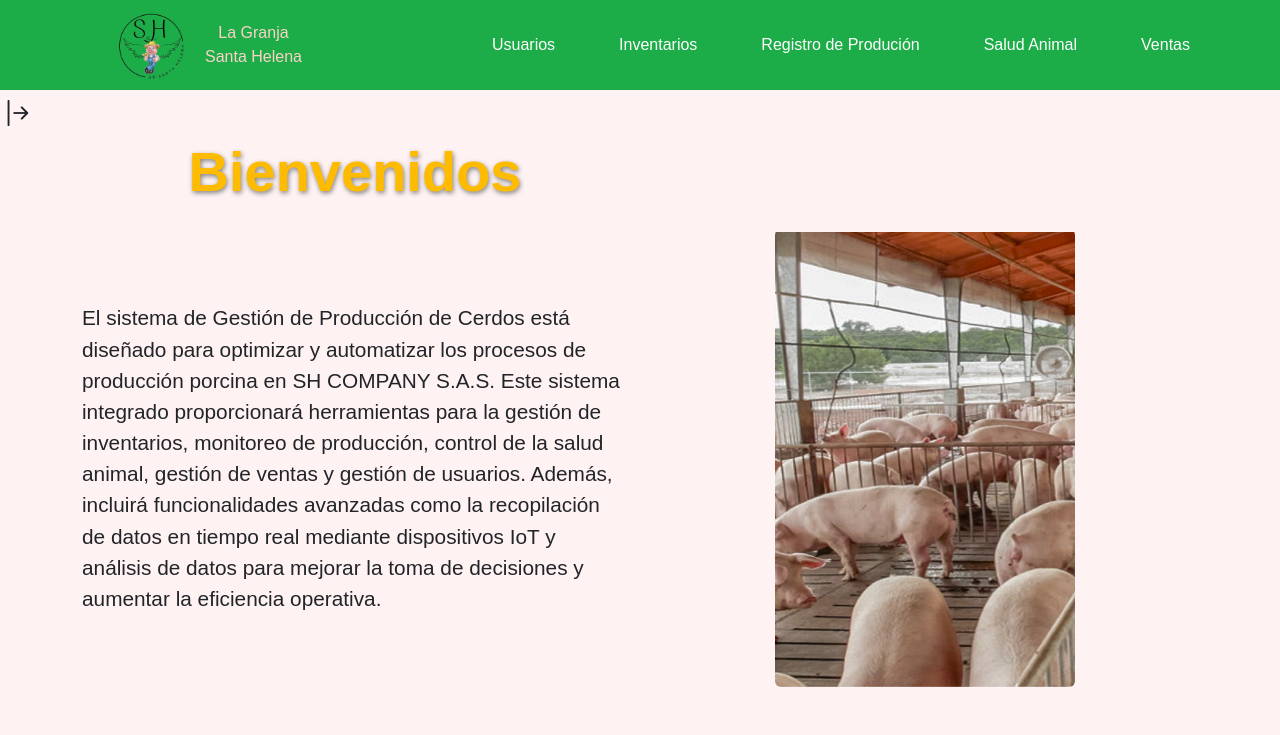
Repository: Mateojimenezz/Granja-Santa-Helena
Page: paginaDeInicio.html
An editor plug-in stored every save of this project. The page is shown before and after a run of saves, followed by the edit.
The browser window is 1280 px wide. The pictures show the whole page.
Some web fonts or font styles are not loaded; a fallback is used.

Above is the page before, as saved 2025-03-31 17:02:02.

After the next 3 saves:
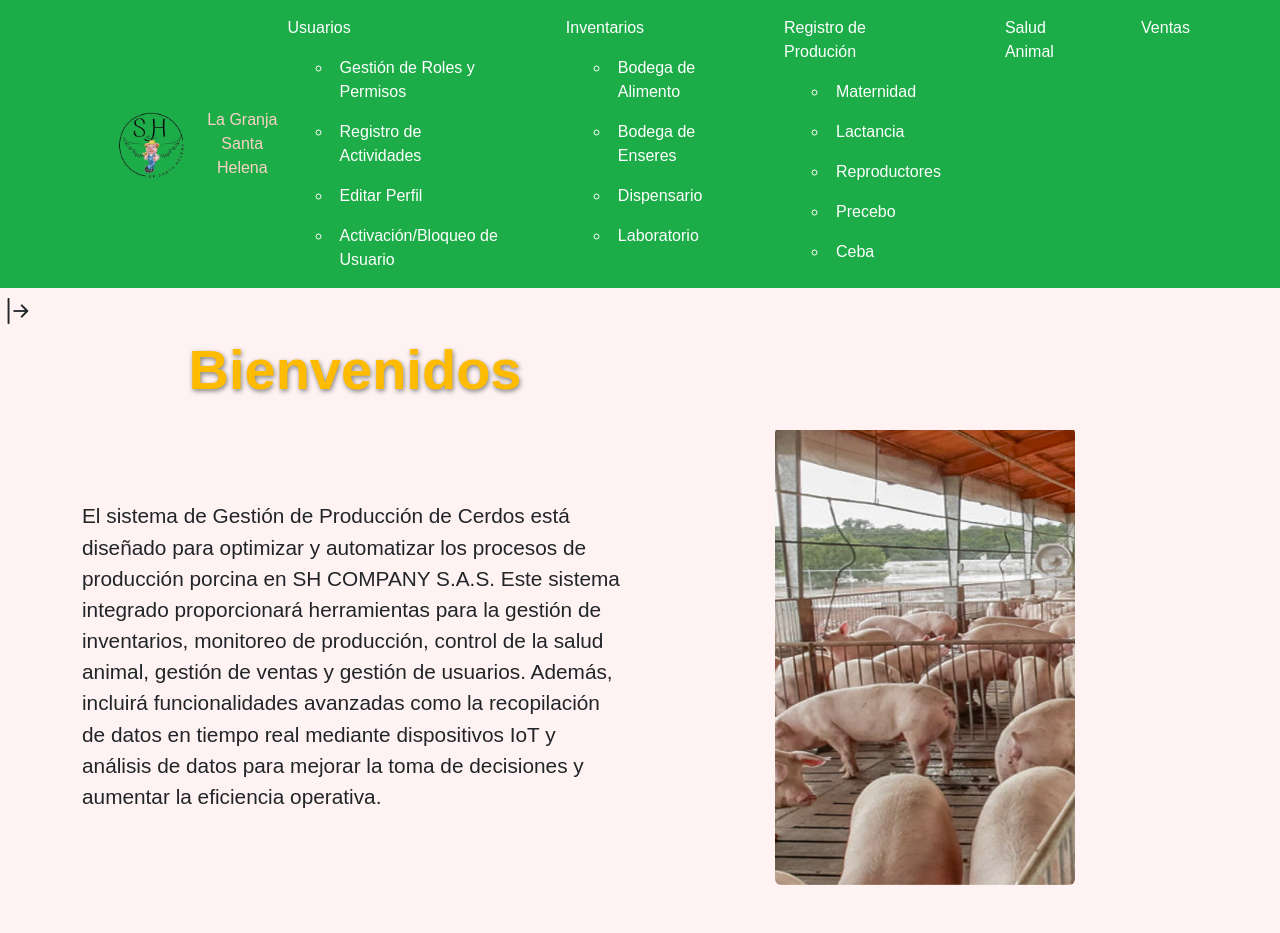
The 3 saves are shown as one change because they came seconds apart.
The last was saved 5 min 6 s later.
--- a/paginaDeInicio.html
+++ b/paginaDeInicio.html
@@ -26,7 +26,7 @@
         <div class="collapse navbar-collapse  d-lg-none" id="menu">
           <ul class="navbar-nav ms-auto    gap-md-3 gap-lg-5">
             <li class="nav-item"><a class="nav-link" href="#" >Usuarios</a>
-              <ul class="submenu  d-lg-none">
+              <ul class="submenu header-submenu">
                 <li><a class="nav-link" href="#">Gestión de Roles y Permisos</a></li>
                 <li><a class="nav-link" href="#">Registro de Actividades</a></li>
                 <li><a class="nav-link" href="#">Editar Perfil</a></li>
@@ -34,7 +34,7 @@
               </ul>
             </li>
             <li class="nav-item"><a class="nav-link" href="#">Inventarios</a>
-              <ul class="submenu  d-lg-none">
+              <ul class="submenu">
                 <li><a class="nav-link" href="#">Bodega de Alimento</a></li>
                 <li><a class="nav-link" href="#">Bodega de Enseres</a></li>
                 <li><a class="nav-link" href="#">Dispensario</a></li>
@@ -42,7 +42,7 @@
               </ul>
             </li>
             <li class="nav-item"><a class="nav-link" href="#">Registro de Produción</a>
-              <ul class="submenu  d-lg-none">
+              <ul class="submenu">
                 <li><a class="nav-link" href="#">Maternidad</a></li>
                 <li><a class="nav-link" href="#">Lactancia</a></li>
                 <li><a class="nav-link" href="#">Reproductores</a></li>
